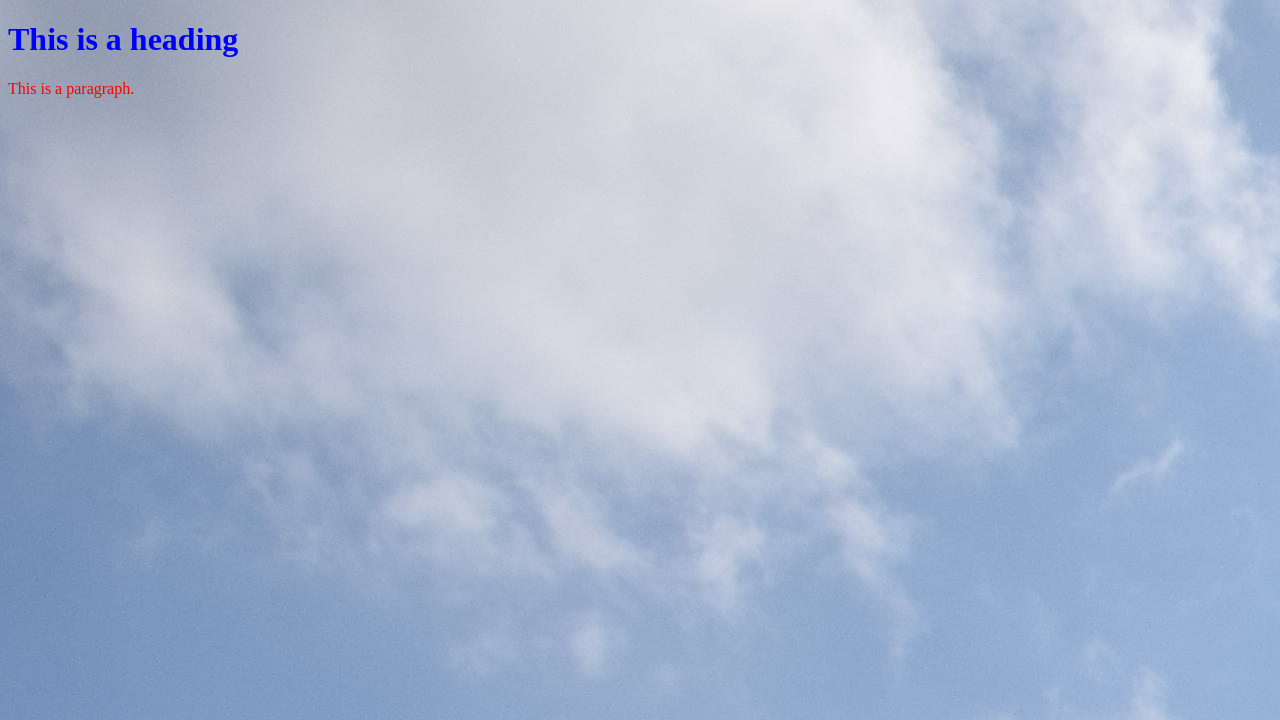
Repository: rkelly7391/milestone1
Page: http://localhost/ryanKellyAirline/
An editor plug-in stored every save of this project. The page is shown before and after the next save, followed by the edit.
The browser window is 1280 px wide. The pictures show the whole page.
The page is served by Tomcat 9. Nobody is signed in. The application's start-up code is not run. Other server files are loaded and not shown.

Above is the page before, as saved 2018-03-09 20:55:29.

### ryanKellyAirline/src/main/webapp/index.jsp
<%@ page contentType="text/html;charset=UTF-8" language="java" %>
<!DOCTYPE html>
<html>
<head>
  <link rel="stylesheet" href="styles.css">
</head>
<body>

<h1>This is a heading</h1>
<p>This is a paragraph.</p>

</body>
</html>

### ryanKellyAirline/src/main/webapp/styles.css
@charset "ISO-8859-1";
body {
    background:url(background.jpg);
}
h1 {
    color: blue;
}
p {
    color: red;
}

After the next save:
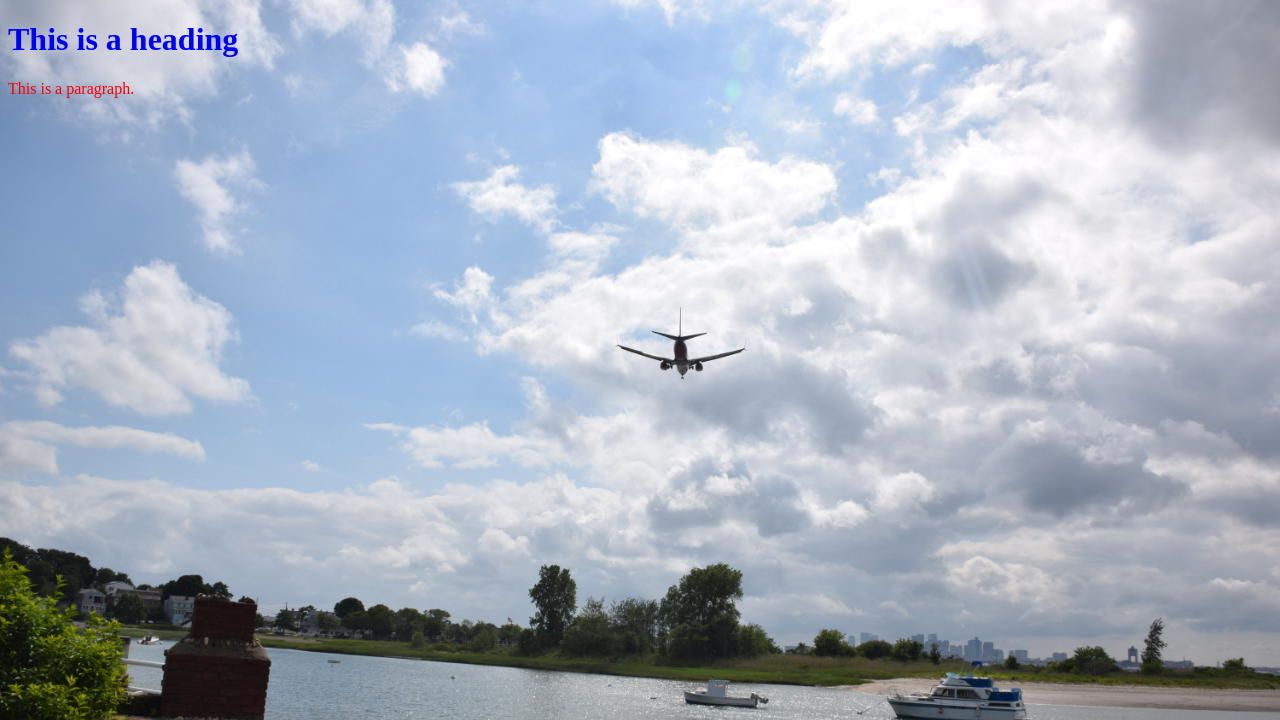
Saved 2 min 40 s later.
--- a/ryanKellyAirline/src/main/webapp/styles.css
+++ b/ryanKellyAirline/src/main/webapp/styles.css
@@ -1,6 +1,7 @@
 @charset "ISO-8859-1";
 body {
     background:url(background.jpg);
+    background-size: cover;
 }
 h1 {
     color: blue;
